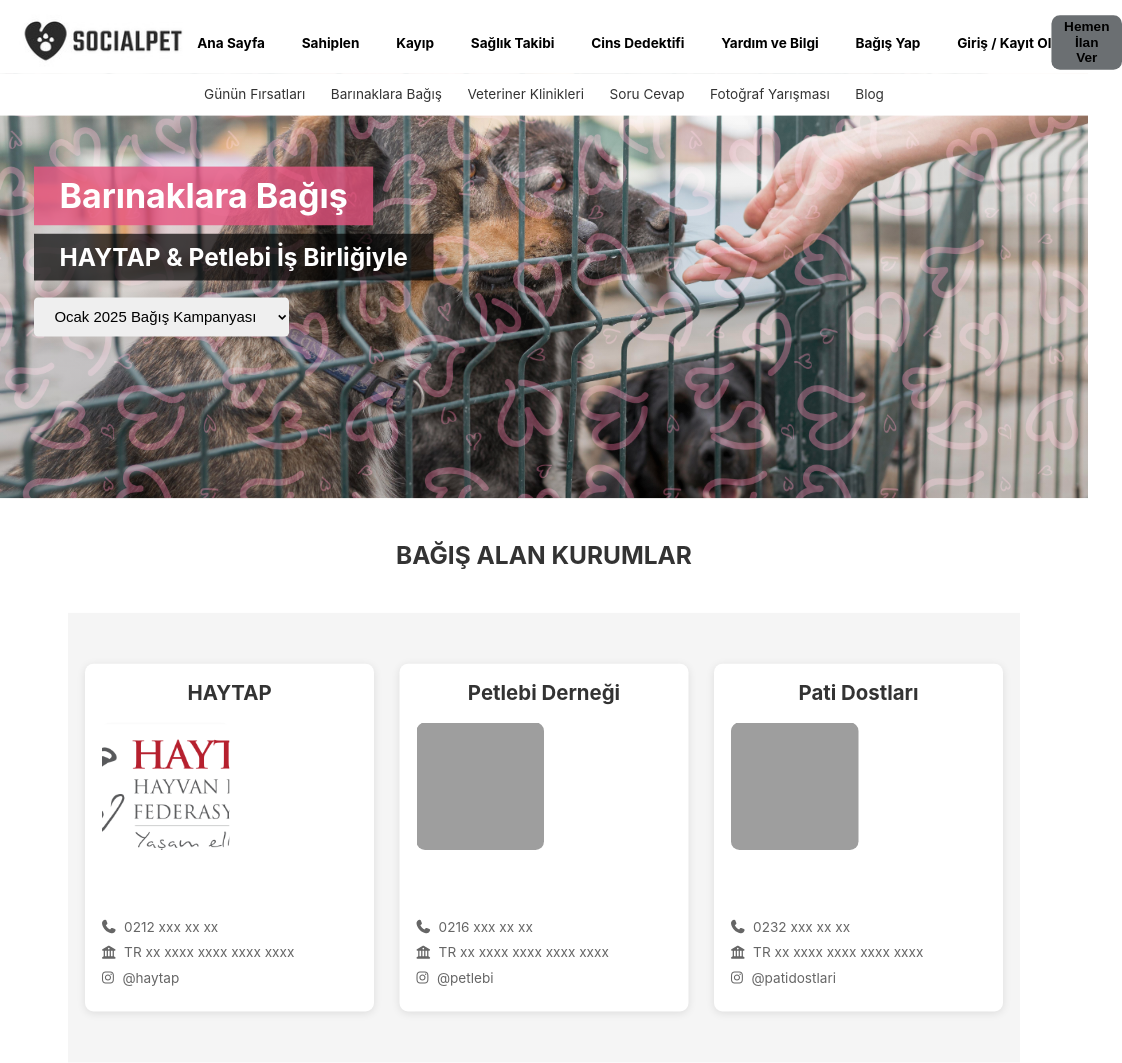
Repository: utkucaa/socialpet-frontend
Page: /donate (app in petweb/petweb/)
An editor plug-in stored every save of this project. The page is shown before and after the next save, followed by the edit.
The browser window is 1280 px wide. The page is 1320 px wide, so the pictures cover 1320 px, including what lies to the right of the window. The pictures show the whole page, at 85% of full size.
Pictures or frames that could not be fetched are drawn as grey boxes. The project was rebuilt for these pictures with package versions that can differ from the ones it lists, and the page was loaded fresh each time. Also part of the build but not shown: petweb/petweb/src/Components/Login/Login.jsx, petweb/petweb/src/Components/Intro/Intro.css, petweb/petweb/src/Components/Intro/Intro.jsx, petweb/petweb/src/Components/Register/Register.jsx, petweb/petweb/src/Components/Profile/ProfilePage.jsx, petweb/petweb/src/Components/Adoption/Header.css, petweb/petweb/src/Components/Adoption/Header.jsx, petweb/petweb/src/Components/Adoption/Stats.css and 30 more. Imported but missing from the stored project, and not drawn on this page: petweb/petweb/src/Components/AdoptionSteps.

Above is the page before, as saved 2025-01-09 21:53:28.

After the next save:
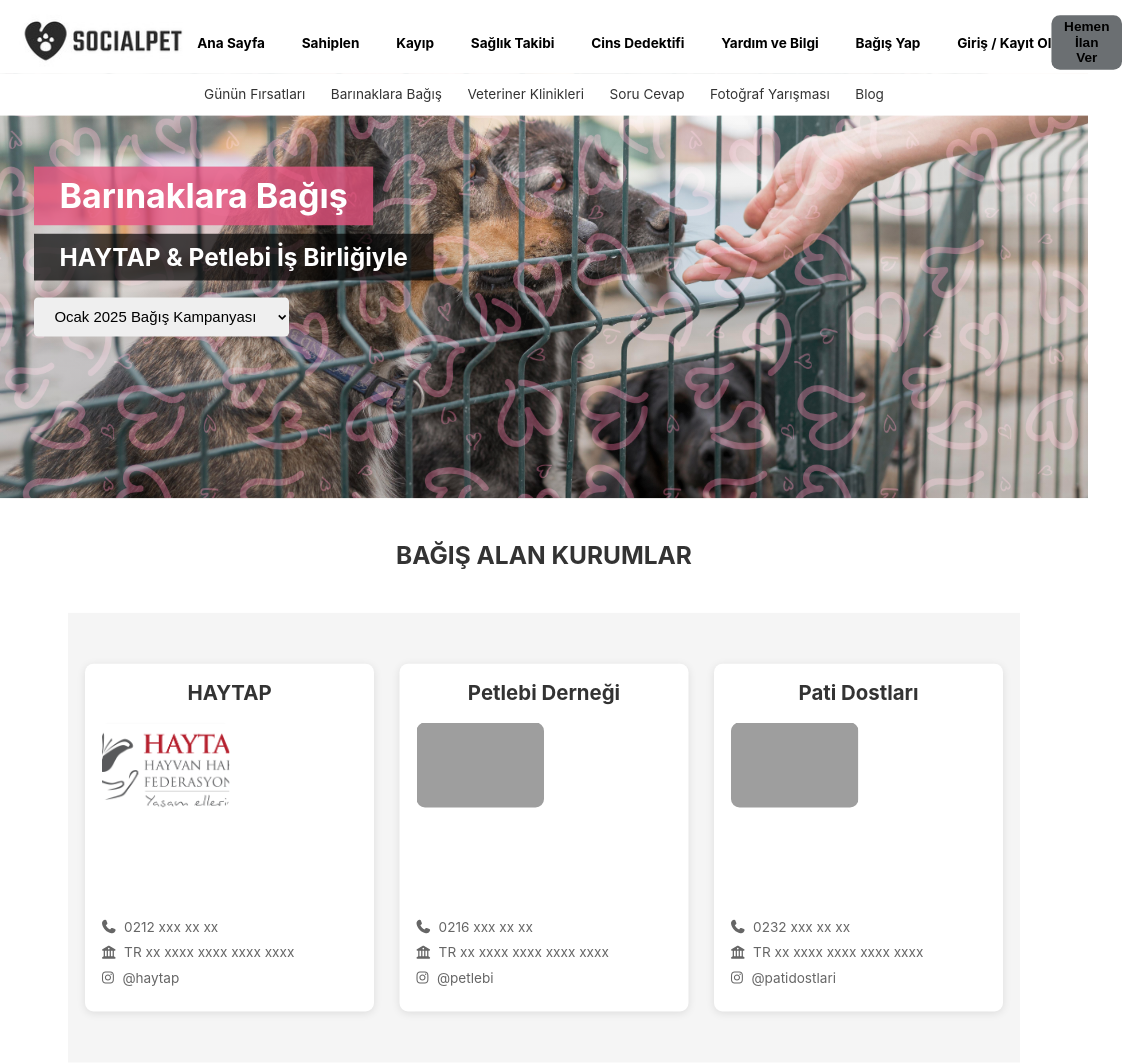
Saved 7 s later.
--- a/petweb/petweb/src/Components/Donate/Donate.css
+++ b/petweb/petweb/src/Components/Donate/Donate.css
@@ -239,7 +239,7 @@
 
   .card-image img {
     width: 150px; /* Genişlik */
-    height: 150px; /* Yükseklik */
+    height: 100px; /* Yükseklik */
     object-fit: cover; /* Resmi kare alanda düzgün şekilde yerleştirir */
     border-radius: 10px; /* Kenarları yuvarlamak için opsiyonel */
   }
